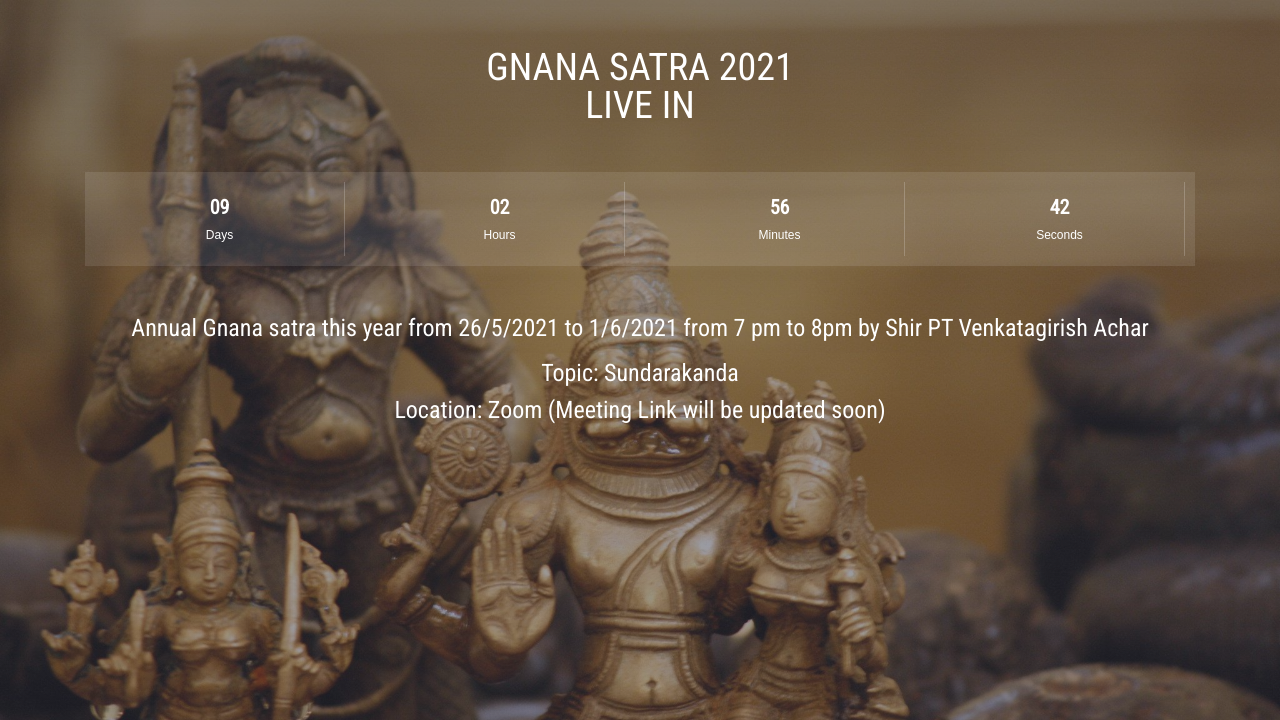
Repository: anirudhbichal/gs
Page: /
An editor plug-in stored every save of this project. The page is shown before and after the next save, followed by the edit.
The browser window is 1280 px wide. The pictures show the whole page.
The project was rebuilt for these pictures with package versions that can differ from the ones it lists, and the page was loaded fresh each time.

Above is the page before, as saved 2021-05-17 17:52:40.

### src/App.js
import 'bootstrap/dist/css/bootstrap.min.css';
import './App.css';
import Container from 'react-bootstrap/Container';
import Timer from "./components/countdown/Timer";

function App() {
  return (
    <div className="App">
      <Container className="my-5">
        <h1 className="mb-5">
          Gnana Satra 2021
          <br />
          Live In
        </h1>
        <Timer />
        <h4 className="mt-5">
          Annual Gnana satra this year from 26/5/2021 to 1/6/2021 from 7 pm to 8pm by Shir PT Venkatagirish Achar
        </h4>
        <h4 className="mt-3">
          Topic: Sundarakanda
        </h4>
        <h4>
          Location: Zoom (Meeting Link will be updated soon)
        </h4>
      </Container>
    </div>
  );
}

export default App;

### src/App.css
@import url("https://fonts.googleapis.com/css?family=Roboto+Condensed&display=swap");

body {
  color: #fff;
  font-family: "Roboto Condensed", sans-serif;
  background-image: url('gs-bg.jpg');
  background-position: top top;
  background-size: cover;
  margin: 0;
}

.App {
  position: fixed;
  top: 0;
  left: 0;
  right: 0;
  bottom: 0;
  text-align: center;
  background: rgb(55, 55, 70);
  background: linear-gradient(
    0deg,
    rgba(55, 55, 70, 0.5) 0%,
    rgba(55, 55, 70, 0.5) 50%,
    rgba(55, 55, 70, 0.6) 100%
  );
}

h1 {
  font-size: 38px;
  text-transform: uppercase;
  line-height: 1;
}

### src/components/countdown/Timer.js
import React, { Component } from "react";
// import moment from 'moment';
import Container from 'react-bootstrap/Container';
import Row from 'react-bootstrap/Row';
import Col from 'react-bootstrap/Col';
import "./Timer.css";

class CountDown extends Component {
  constructor(props) {
    super(props);
    this.count = this.count.bind(this);
    this.state = {
      days: 0,
      minutes: 0,
      hours: 0,
      secounds: 0,
      time_up: ""
    };
    this.x = null;
    this.deadline = null;
  }
  count() {
    var now = new Date().getTime();
    var t = this.deadline - now;
    var dd = Math.floor(t / (1000 * 60 * 60 * 24));
    var hh = Math.floor((t % (1000 * 60 * 60 * 24)) / (1000 * 60 * 60));
    var mm = Math.floor((t % (1000 * 60 * 60)) / (1000 * 60));
    var ss = Math.floor((t % (1000 * 60)) / 1000);

    var days = dd < 10 ? "0" + dd : dd;
    var hours = hh < 10 ? "0" + hh : hh;
    var minutes = mm < 10 ? "0" + mm : mm;
    var seconds = ss < 10 ? "0" + ss : ss;

    this.setState({ days, minutes, hours, seconds });

    if (t < 0) {
      clearInterval(this.x);
      this.setState({
        days: 0,
        minutes: 0,
        hours: 0,
        seconds: 0,
        time_up: "TIME IS UP"
      });
    }
  }
  componentDidMount() {
    this.deadline = new Date("May 26, 2021 19:00:00").getTime();

    this.x = setInterval(this.count, 1000);
  }

  render() {
    const { days, seconds, hours, minutes } = this.state;
    return (
      <Container id="countdown">
        <Row>
            <Col>
                <div className="box">
                    <p id="day">{days}</p>
                    <span className="text">Days</span>
                </div>
            </Col>
            <Col>
                <div className="box">
                    <p id="hour">{hours}</p>
                    <span className="text">Hours</span>
                </div>
            </Col>
            <Col>
                <div className="box">
                    <p id="minute">{minutes}</p>
                    <span className="text">Minutes</span>
                </div>
            </Col>
            <Col>
                <div className="box">
                    <p id="second">{seconds}</p>
                    <span className="text">Seconds</span>
                </div>
            </Col>
        </Row>
      </Container>
    );
  }
}

export default CountDown;

### src/components/countdown/Timer.css
#countdown {
    padding: 10px;
    background-color: rgba(255, 255, 255, 0.1);
    display: inline-block;
    text-align: center;
    margin: auto;
  }
  #countdown .box {
    padding: 10px;
    border-right: solid 1px rgba(255, 255, 255, 0.2);
  }
  #countdown .col-4:last-child .box {
    border-right-color: transparent;
  }
  #countdown .box p {
    font-size: 20px;
    font-weight: bold;
    margin: 0;
  }
  #countdown .box .text {
    font-size: 12px;
    font-family: sans-serif;
  }

Loaded but not shown: public/index.html (common file); src/index.js (common file); src/index.css (common file); src/reportWebVitals.js (common file)

After the next save:
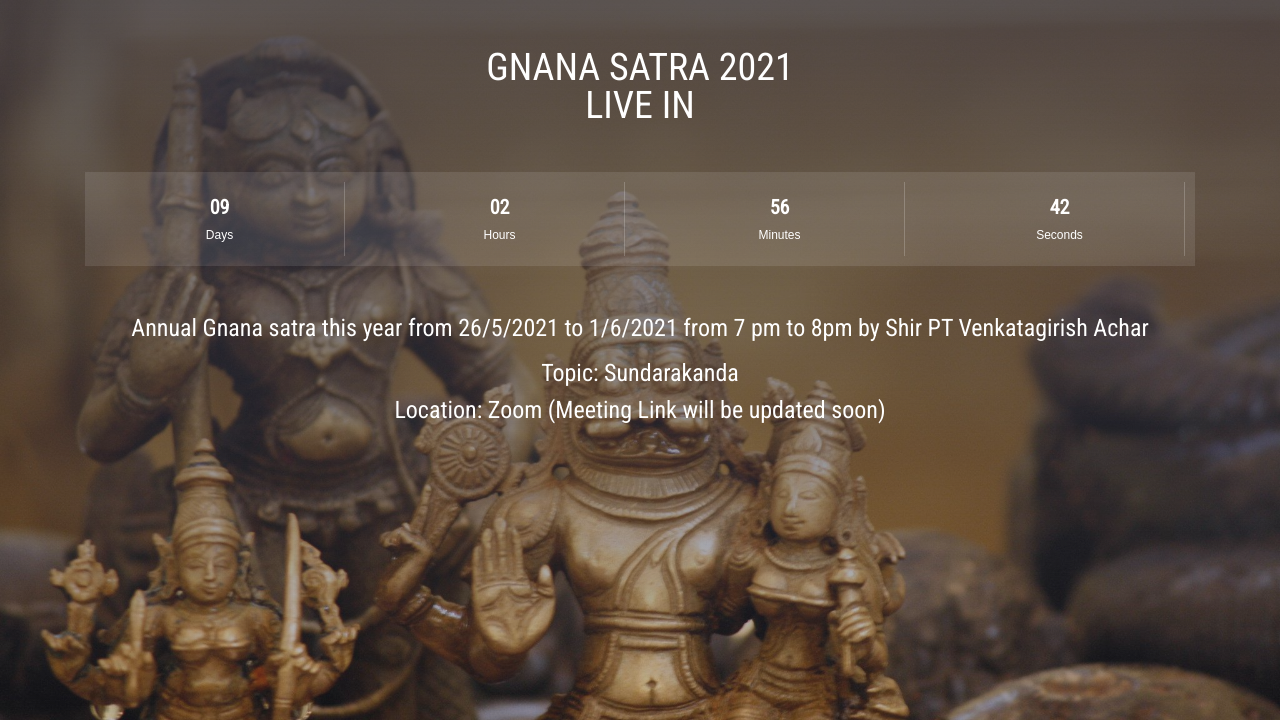
Saved 20 s later.
--- a/src/App.css
+++ b/src/App.css
@@ -19,9 +19,9 @@ body {
   background: rgb(55, 55, 70);
   background: linear-gradient(
     0deg,
-    rgba(55, 55, 70, 0.5) 0%,
-    rgba(55, 55, 70, 0.5) 50%,
-    rgba(55, 55, 70, 0.6) 100%
+    rgba(55, 55, 70, 0.3) 0%,
+    rgba(55, 55, 70, 0.6) 50%,
+    rgba(55, 55, 70, 0.8) 100%
   );
 }
 
